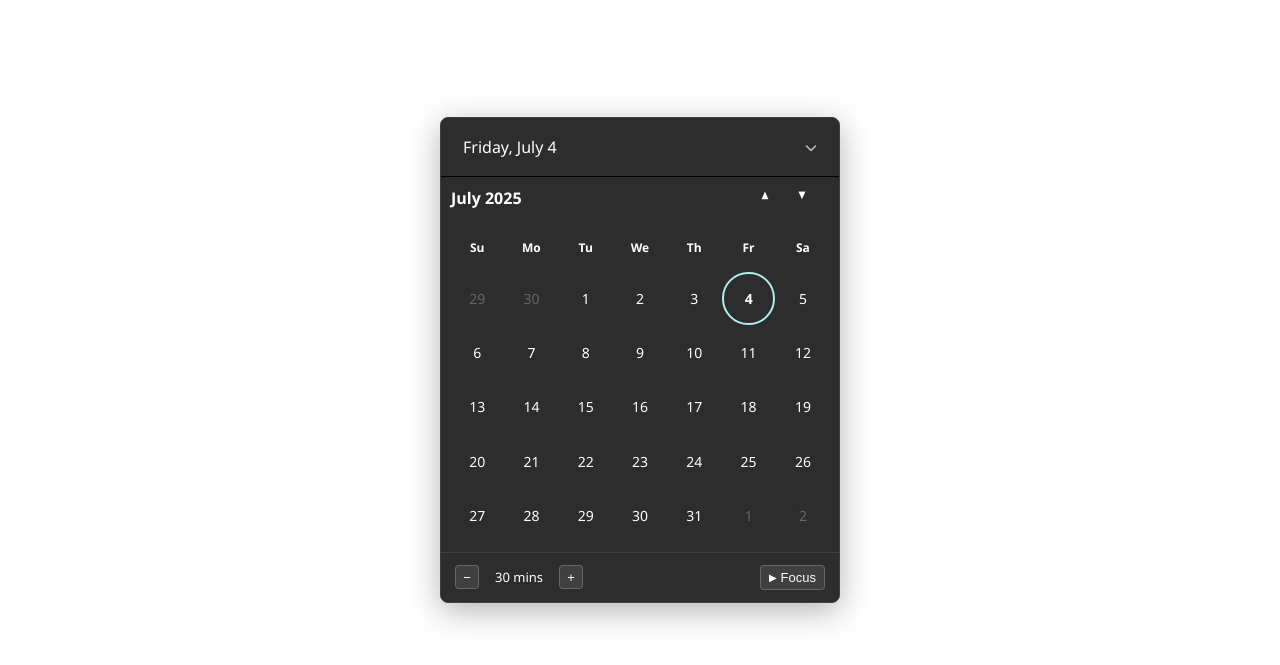
Repository: ThuTrang-jvb/JVB_BT2
Page: index.html
The author's editor kept a copy of each file at every save. The page is drawn from the files as they stood at one save, then again after a run of saves.
The browser window is 1280 px wide. The pictures show the whole page.

Above is the page before, as saved 2025-07-07 11:30:42.

### index.html
<!DOCTYPE html>
<html lang="en">
<head>
  <meta charset="UTF-8" />
  <meta name="viewport" content="width=device-width, initial-scale=1.0"/>
  <title>Calendar</title>
  <link rel="stylesheet" href="style.css" />
  <link rel="stylesheet" href="https://cdnjs.cloudflare.com/ajax/libs/font-awesome/6.4.0/css/all.min.css" />
</head>
<body>
  <div class="calendar">
    <div class="top-bar">
      <div class="date-display" id="dateToggle">
        <span id="dateText">Monday, November 7</span>
        <span class="dropdown-icon" id="dropdownIcon">
          <i class="fa-solid fa-chevron-down"></i>
        </span>
      </div>
    </div>

    <div class="navigation-bar">
      <div class="title-block" id="calendarTitle">
        <span id="calendarTitleText">November 2022</span>
        <div class="arrow-controls">
          <span>&#9650;</span>
          <span>&#9660;</span>
        </div>
      </div>
    </div>

    <div class="main-calendar">
      <div class="weekday-header" id="weekdayHeader">
        <div class="weekday">Su</div>
        <div class="weekday">Mo</div>
        <div class="weekday">Tu</div>
        <div class="weekday">We</div>
        <div class="weekday">Th</div>
        <div class="weekday">Fr</div>
        <div class="weekday">Sa</div>
      </div>
      <div class="grid-display month-view" id="gridContainer"></div>
    </div>

    <div class="bottom-panel">
      <div class="control-section">
        <div class="session-control">
          <button class="btn-time" id="minusTime">−</button>
          <span class="time-display" id="durationLabel">30 mins</span>
          <button class="btn-time" id="plusTime">+</button>
        </div>
        <button class="session-btn" id="startBtn">
          <span class="session-icon">▶</span>
          <span>Focus</span>
        </button>
      </div>
    </div>
  </div>
  <script src="main.js"></script>
</body>
</html>

### style.css

* {
    margin: 0;
    padding: 0;
    box-sizing: border-box;
}

body {
    font-family: "Segoe UI", Tahoma, Geneva, Verdana, sans-serif;
    background: #ffffff;
    color: #000000;
    min-height: 100vh;
    display: flex;
    align-items: center;
    justify-content: center;
}

.calendar {
    background: #2d2d2d;
    border-radius: 8px;
    width: 100%;
    max-width: 400px;
    box-shadow: 0 8px 32px rgba(0, 0, 0, 0.3);
    border: 1px solid #404040;
    overflow: hidden;
    display: flex;
    flex-direction: column;
}

.top-bar {
    background: #2d2d2d;
    padding: 18px 22px;
    border-bottom: 1px solid #000;
}

.date-display {
    display: flex;
    align-items: center;
    justify-content: space-between;
    font-size: 16px;
    font-weight: 400;
    color: #ffffff;
    cursor: pointer;
    transition: color 0.2s ease;
}

.date-display:hover {
    color: #60a5fa;
}

.dropdown-icon {
    opacity: 0.7;
    font-size: 12px;
}

.navigation-bar {
    display: flex;
    align-items: center;
    justify-content: space-between;
    font-weight: 500;
    padding: 10px 0 22px 10px;
    background: #2d2d2d;
}

.title-block {
    display: flex;
    gap: 240px;
    font-size: 16px;
    font-weight: 600;
    color: #ffffff;
    cursor: pointer;
    transition: color 0.2s ease;
}

.title-block:hover {
    color: #60a5fa;
}

.arrow-controls {
    display: flex;
    gap: 30px;
    font-size: 10px;
    margin-left: auto;
}

.weekday-header {
    display: grid;
    grid-template-columns: repeat(7, 1fr);
    gap: 2px;
    margin-bottom: 8px;
    padding: 0 10px;
}

.weekday {
    text-align: center;
    font-size: 12px;
    font-weight: 600;
    color: white;
    padding: 8px 4px;
}

.grid-display {
    display: grid;
    gap: 2px;
    padding: 0 10px 10px;
}

.month-view {
    grid-template-columns: repeat(7, 1fr);
}

.year-view {
    grid-template-columns: repeat(4, 1fr);
    gap: 8px;
}

.decade-view {
    grid-template-columns: repeat(4, 1fr);
    gap: 8px;
}

.grid-cell,
.year-cell,
.decade-cell {
    aspect-ratio: 1;
    display: flex;
    align-items: center;
    justify-content: center;
    cursor: pointer;
    border-radius: 4px;
    font-size: 14px;
    font-weight: 400;
    transition: all 0.2s ease;
    color: #ffffff;
    min-height: 32px;
}

.grid-cell:hover,
.year-cell:hover,
.decade-cell:hover {
    background: #404040;
    border-radius: 50%;
}

.grid-cell.dimmed,
.decade-cell.dimmed {
    color: #666666;
}

.grid-cell.today,
.year-cell.current,
.decade-cell.current {
    background: #0078d4;
    color: white;
    font-weight: 600;
    border-radius: 50%;
}

.grid-cell.selected,
.year-cell.selected,
.decade-cell.selected {
    background: none;
    border: 2px solid paleturquoise;
    color: white;
    font-weight: 600;
    border-radius: 50%;
}

.bottom-panel {
    padding: 12px 14px;
    border-top: 1px solid #404040;
    background: #2d2d2d;
}

.control-section {
    display: flex;
    justify-content: space-between;
    align-items: center;
}

.session-control {
    display: flex;
    align-items: center;
    gap: 6px;
}

.btn-time {
    background: #404040;
    color: white;
    cursor: pointer;
    font-size: 13px;
    width: 24px;
    height: 24px;
    display: flex;
    align-items: center;
    justify-content: center;
    border: 1px solid rgba(255, 255, 255, 0.2);
    transition: all 0.2s ease;
    border-radius: 4px;
}

.btn-time:hover {
    color: #60a5fa;
}

.time-display {
    font-size: 13px;
    color: white;
    min-width: 60px;
    padding: 0 10px;
    text-align: center;
}

.session-btn {
    background: #404040;
    border: 1px solid rgba(255, 255, 255, 0.2);
    padding: 4px 8px;
    color: white;
    font-size: 13px;
    cursor: pointer;
    display: flex;
    align-items: center;
    gap: 4px;
    transition: color 0.2s ease;
    border-radius: 4px;
}

.session-btn:hover {
    color: #60a5fa;
    background: #404040;
}

.session-icon {
    font-size: 10px;
}

.hidden {
    display: none;
}
.main-calendar {
    overflow: hidden;
    transition: max-height 0.4s ease;
}
.main-calendar.collapsed {
  max-height: 0;
}

@media (max-width: 480px) {
    .calendar {
        width: 90%;
        margin: 10px;
    }
}

### main.js
class Calendar {
    constructor() {
        this.currentDate = new Date();
        this.selectedDate = new Date();
        this.currentMonth = new Date();
        this.viewMode = 'month';
        this.timeMinutes = 30;
        this.focusInterval = null;
        this.remainingSeconds = 0;

        this.months = [
            'January', 'February', 'March', 'April', 'May', 'June',
            'July', 'August', 'September', 'October', 'November', 'December'
        ];

        this.monthsShort = [
            'Jan', 'Feb', 'Mar', 'Apr', 'May', 'Jun',
            'Jul', 'Aug', 'Sep', 'Oct', 'Nov', 'Dec'
        ];

        this.init();
    }

    init() {
        this.bindEvents();
        this.updateDisplay();
        this.startRealTimeUpdate();
    }

    bindEvents() {
        document.getElementById('dateText').addEventListener('click', () => this.handleHeaderClick())
        document.querySelector('.dropdown-icon').addEventListener('click', () => this.isCollapsed());
        document.getElementById('calendarTitle').addEventListener('click', () => this.handleNavTitleClick());
        const arrows = document.querySelectorAll('.arrow-controls span');
        if (arrows.length >= 2) {
            arrows[0].addEventListener('click', () => this.navigate(-1));
            arrows[1].addEventListener('click', () => this.navigate(1));
        }

        document.getElementById('minusTime').addEventListener('click', () => this.adjustTime(-5));
        document.getElementById('plusTime').addEventListener('click', () => this.adjustTime(15));
        document.getElementById('startBtn').addEventListener('click', () => this.toggleFocus());
    }

    adjustTime(minutes) {
        this.timeMinutes += minutes;
        if (this.timeMinutes < 5) this.timeMinutes = 5;
        if (this.timeMinutes > 480) this.timeMinutes = 480;
        this.updateTimeDisplay();
    }

    updateTimeDisplay() {
        const timeLabel = document.getElementById('durationLabel');
        if (this.timeMinutes >= 60) {
            const hours = Math.floor(this.timeMinutes / 60);
            const mins = this.timeMinutes % 60;
            if (mins === 0) {
                timeLabel.textContent = `${hours} hr${hours > 1 ? 's' : ''}`;
            } else {
                timeLabel.textContent = `${hours}h ${mins}m`;
            }
        } else {
            timeLabel.textContent = `${this.timeMinutes} mins`;
        }
    }

    toggleFocus() {
        const focusBtn = document.getElementById('startBtn');
        const icon = focusBtn.querySelector('.session-icon');
        const text = focusBtn.querySelector('span:last-child');

        if (text.textContent === 'Focus') {
            text.textContent = 'Stop';
            icon.textContent = '⏸';
            focusBtn.style.color = '#60a5fa';
            this.remainingSeconds = this.timeMinutes * 60;

            this.focusInterval = setInterval(() => {
                this.remainingSeconds--;
                this.updateCountdownDisplay();

                if (this.remainingSeconds <= 0) {
                    clearInterval(this.focusInterval);
                    this.focusInterval = null;
                    alert("Time's up!");
                    this.resetFocusButton();
                }
            }, 1000);

        } else {
            clearInterval(this.focusInterval);
            this.focusInterval = null;
            this.resetFocusButton();
            this.updateTimeDisplay();
        }
    }

    updateCountdownDisplay() {
        const timeLabel = document.getElementById('durationLabel');
        const minutes = Math.floor(this.remainingSeconds / 60);
        const seconds = this.remainingSeconds % 60;
        timeLabel.textContent = `${minutes}m ${seconds}s`;
    }

    resetFocusButton() {
        const focusBtn = document.getElementById('startBtn');
        const icon = focusBtn.querySelector('.session-icon');
        const text = focusBtn.querySelector('span:last-child');

        text.textContent = 'Focus';
        icon.textContent = '\u25B6';
        focusBtn.style.color = '#888888';
    }

    startRealTimeUpdate() {
        setInterval(() => {
            this.currentDate = new Date();
            this.updateHeaderDate();
        }, 1000);
    }

    handleHeaderClick() {
            this.viewMode = 'month';
            this.currentMonth = new Date(this.currentDate);
            this.selectedDate = new Date(this.currentDate);
            this.updateDisplay();

    }

    handleNavTitleClick() {
        switch (this.viewMode) {
            case 'month':
                this.viewMode = 'year';
                break;
            case 'year':
                this.viewMode = 'decade';
                break;
        }
        this.updateDisplay();
    }

    navigate(direction) {
        switch (this.viewMode) {
            case 'month':
                this.currentMonth.setMonth(this.currentMonth.getMonth() + direction);
                break;
            case 'year':
                this.currentMonth.setFullYear(this.currentMonth.getFullYear() + direction);
                break;
            case 'decade':
                this.currentMonth.setFullYear(this.currentMonth.getFullYear() + direction * 10);
                break;
        }
        this.updateDisplay();
    }

    updateDisplay() {
        this.updateHeaderDate();
        this.updateNavTitle();
        this.updateCalendarGrid();
        this.updateWeekdayHeader();
        this.updateTimeDisplay();
    }

    updateHeaderDate() {
        const options = { weekday: 'long', month: 'long', day: 'numeric' };
        const dateText = this.currentDate.toLocaleDateString('en-US', options);

        document.getElementById('dateText').textContent = dateText;
    }

    updateNavTitle() {
        let titleText = '';
        switch (this.viewMode) {
            case 'month':
                titleText = `${this.months[this.currentMonth.getMonth()]} ${this.currentMonth.getFullYear()}`;
                break;
            case 'year':
                titleText = this.currentMonth.getFullYear().toString();
                break;
            case 'decade':
                const startYear = Math.floor(this.currentMonth.getFullYear() / 10) * 10;
                titleText = `${startYear} - ${startYear + 9}`;
                break;
        }
        document.getElementById('calendarTitleText').textContent = titleText;
    }

    updateWeekdayHeader() {
        const header = document.getElementById('weekdayHeader');
        const grid = document.getElementById('gridContainer');

        if (this.viewMode === 'month') {
            header.classList.remove('hidden');
            grid.className = 'grid-display month-view';
        } else {
            header.classList.add('hidden');
            grid.className = `grid-display ${this.viewMode}-view`;
        }
    }

    updateCalendarGrid() {
        const grid = document.getElementById('gridContainer');
        grid.innerHTML = '';

        switch (this.viewMode) {
            case 'month':
                this.renderMonthView(grid);
                break;
            case 'year':
                this.renderYearView(grid);
                break;
            case 'decade':
                this.renderDecadeView(grid);
                break;
        }
    }

    renderMonthView(grid) {
        const daysInMonth = new Date(this.currentMonth.getFullYear(), this.currentMonth.getMonth() + 1, 0).getDate();
        const firstDay = new Date(this.currentMonth.getFullYear(), this.currentMonth.getMonth(), 1).getDay();
        const prevMonth = new Date(this.currentMonth.getFullYear(), this.currentMonth.getMonth(), 0);
        const prevMonthDays = prevMonth.getDate();

        for (let i = firstDay - 1; i >= 0; i--) {
            const day = document.createElement('div');
            day.className = 'grid-cell dimmed';
            day.textContent = prevMonthDays - i;
            grid.appendChild(day);
        }

        for (let day = 1; day <= daysInMonth; day++) {
            const date = new Date(this.currentMonth.getFullYear(), this.currentMonth.getMonth(), day);
            const dayElement = document.createElement('div');
            dayElement.className = 'grid-cell';
            dayElement.textContent = day;

            if (this.isSameDay(date, this.currentDate)) dayElement.classList.add('today');
            if (this.isSameDay(date, this.selectedDate)) dayElement.classList.add('selected');

            dayElement.addEventListener('click', () => {
                this.selectedDate = new Date(date);
                this.updateDisplay();
            });

            grid.appendChild(dayElement);
        }

        const totalCells = Math.ceil((firstDay + daysInMonth) / 7) * 7;
        const remainingCells = totalCells - (firstDay + daysInMonth);

        for (let day = 1; day <= remainingCells; day++) {
            const dayElement = document.createElement('div');
            dayElement.className = 'grid-cell dimmed';
            dayElement.textContent = day;
            grid.appendChild(dayElement);
        }
    }

    renderYearView(grid) {
        for (let month = 0; month < 12; month++) {
            const monthElement = document.createElement('div');
            monthElement.className = 'year-cell';
            monthElement.textContent = this.monthsShort[month];

            const date = new Date(this.currentMonth.getFullYear(), month, 1);

            if (month === this.currentDate.getMonth() && this.currentMonth.getFullYear() === this.currentDate.getFullYear()) {
                monthElement.classList.add('current');
            }
            if (month === this.currentMonth.getMonth()) {
                monthElement.classList.add('selected');
            }

            monthElement.addEventListener('click', () => {
                this.currentMonth.setMonth(month);
                this.viewMode = 'month';
                this.updateDisplay();
            });

            grid.appendChild(monthElement);
        }
    }

    renderDecadeView(grid) {
        const currentYear = this.currentMonth.getFullYear();
        const startYear = Math.floor(currentYear / 10) * 10 - 2;

        for (let i = 0; i < 16; i++) {
            const year = startYear + i;
            const yearElement = document.createElement('div');
            yearElement.className = 'decade-cell';
            yearElement.textContent = year;

            if (year === this.currentDate.getFullYear()) yearElement.classList.add('current');
            if (year === this.currentMonth.getFullYear()) yearElement.classList.add('selected');
            if (i < 2 || i > 13) yearElement.classList.add('dimmed');

            yearElement.addEventListener('click', () => {
                this.currentMonth.setFullYear(year);
                this.viewMode = 'year';
                this.updateDisplay();
            });

            grid.appendChild(yearElement);
        }
    }

    isSameDay(date1, date2) {
        return date1.getDate() === date2.getDate() &&
               date1.getMonth() === date2.getMonth() &&
               date1.getFullYear() === date2.getFullYear();
    }
    isCollapsed() {
        const calendar = document.querySelector('.calendar');
        const mainCalendar = document.querySelector('.main-calendar');
        const navigationBar = document.querySelector('.navigation-bar');
        const dropdownIcon = document.getElementById('dropdownIcon');

        calendar.classList.toggle('collapsed');

        if (calendar.classList.contains('collapsed')) {
            mainCalendar.style.display = 'none';
            navigationBar.style.display = 'none';

            // Đổi icon mũi tên thành hướng lên
            if (dropdownIcon.tagName === 'I') {
                dropdownIcon.classList.remove('fa-chevron-down');
                dropdownIcon.classList.add('fa-chevron-up');
            } else {
                dropdownIcon.textContent = '▲';
            }
        } else {
            mainCalendar.style.display = '';
            navigationBar.style.display = '';

            // Đổi icon mũi tên thành hướng xuống
            if (dropdownIcon.tagName === 'I') {
                dropdownIcon.classList.remove('fa-chevron-up');
                dropdownIcon.classList.add('fa-chevron-down');
            } else {
                dropdownIcon.textContent = '▼';
            }
        }
    }

}

document.addEventListener('DOMContentLoaded', () => {
    new Calendar();
});

After the next 2 saves:
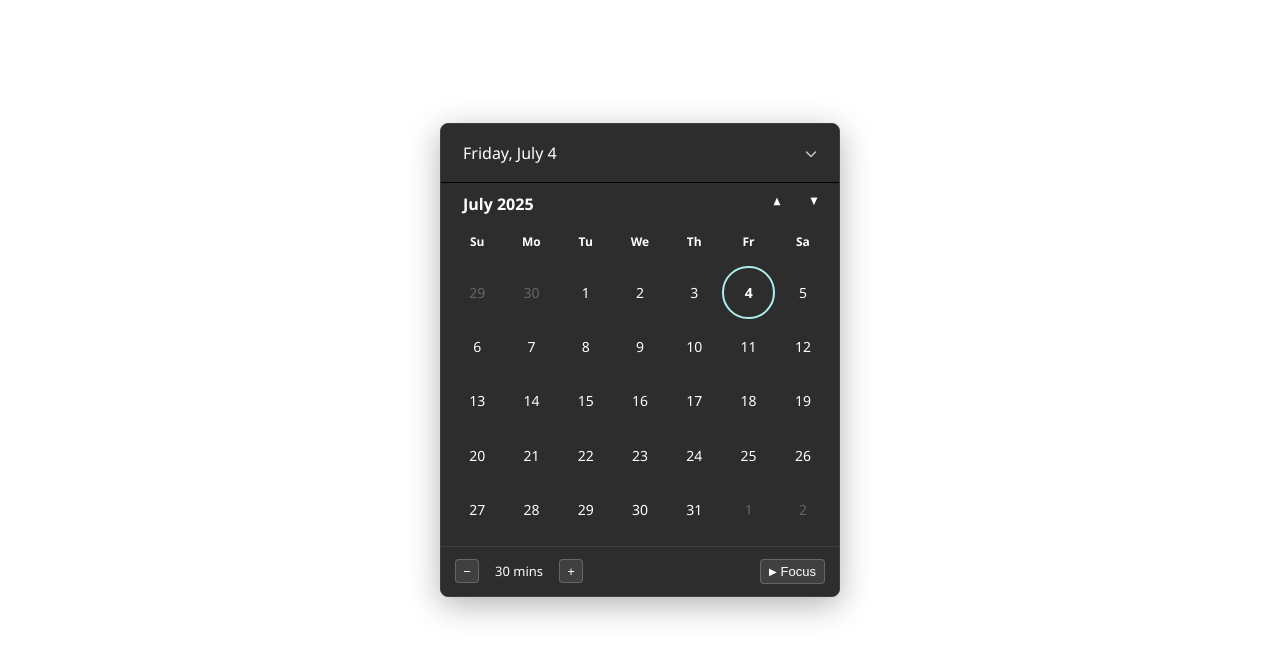
The 2 saves are shown as one change because they came seconds apart.
The last was saved 11 s later.
--- a/style.css
+++ b/style.css
@@ -58,7 +58,7 @@ body {
     align-items: center;
     justify-content: space-between;
     font-weight: 500;
-    padding: 10px 0 22px 10px;
+    padding: 10px 0 10px 22px;
     background: #2d2d2d;
 }
 
